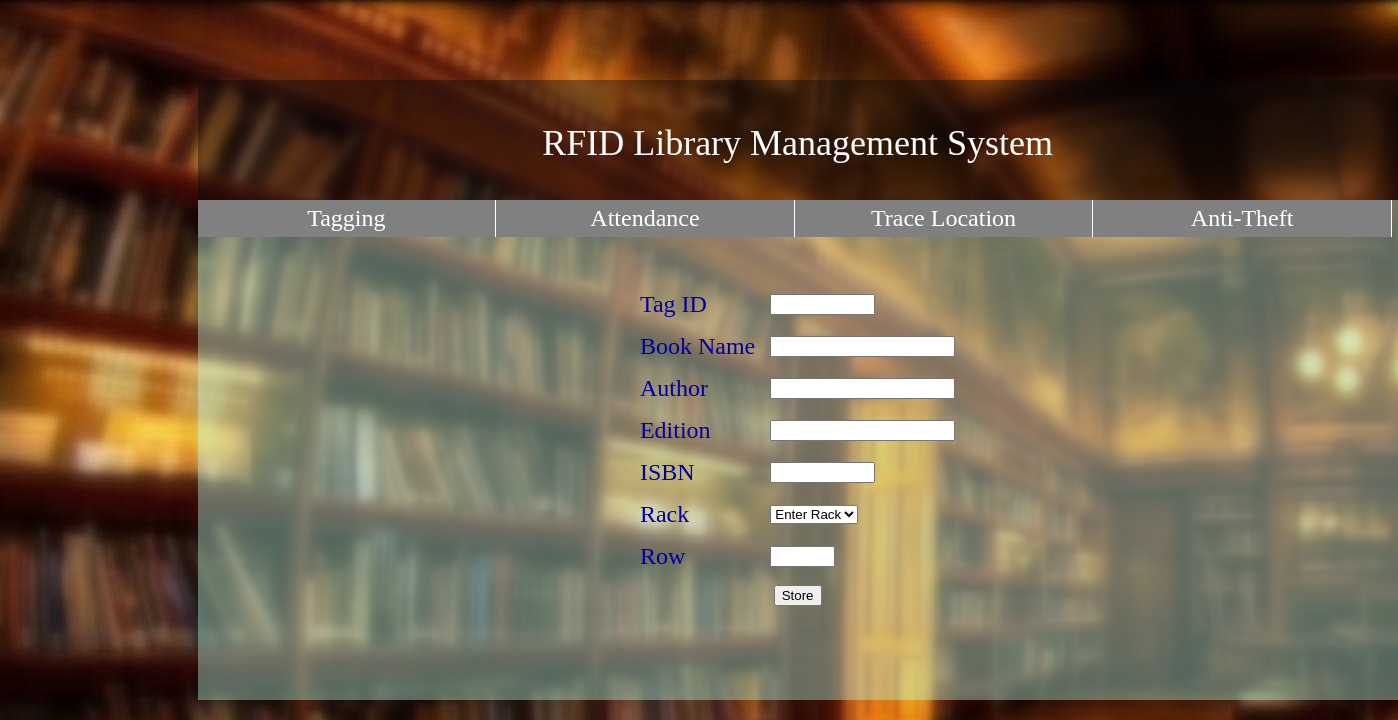
Repository: vigineshs/A-Smart-Data-Analyzer-for-Library-Management-System
Page: http://localhost/librarymgmt/tag.jsp
The author's editor kept a copy of each file at every save. The page is drawn from the files as they stood at one save, then again after the next save.
The browser window is 1280 px wide. The page is 1398 px wide, so the pictures cover 1398 px, including what lies to the right of the window. The pictures show the whole page.
The page is served by Tomcat 9. Other server files are loaded and not shown.

Above is the page before, as saved 2013-02-11 16:05:29.

### PassiveRFID/CS203-Version 1.0.6/Demo Applications/Dot Net C#/Demo Applications Source Code/RFID/librarymgmt/WebContent/tag.jsp
<%@ page language="java" contentType="text/html; charset=ISO-8859-1"
    pageEncoding="ISO-8859-1"%>
<!DOCTYPE html PUBLIC "-//W3C//DTD HTML 4.01 Transitional//EN" "http://www.w3.org/TR/html4/loose.dtd">
<html>
<head>
<title>RFID | Library Management System</title>
<link rel="stylesheet" type="text/css" href="page.css ">
<script>
function validateForm()
{
var x=document.forms["f1"]["btag"].value;
if (x==null || x=="")
  {
  alert("TagID must be filled");
  return false;
  }
  var x=document.forms["f1"]["bname"].value;
if (x==null || x=="")
  {
  alert("Book Name must be filled");
  return false;
  }
 var x=document.forms["f1"]["bauthor"].value;
if (x==null || x=="")
  {
  alert("Author must be filled");
  return false;
  }
  var x=document.forms["f1"]["bedition"].value;
if (x==null || x=="")
  {
  alert("Edition must be filled");
  return false;
  }
  var x=document.forms["f1"]["bisbn"].value;
if (x==null || x=="")
  {
  alert("ISBN must be filled");
  return false;
  }
  var x=document.forms["f1"]["brack"].value;
if (x==null || x=="")
  {
  alert("Rack must be filled");
  return false;
  }
  var x=document.forms["f1"]["brow"].value;
if (x==null || x=="")
  {
  alert("Row must be filled");
  return false;
  }
}
</script>
</head>
<body>
<div class="center">
<div id="container">
<div id="header"><br/>
RFID Library Management System
</div>
<div id="content">
<ul>
<li><a href="tag.jsp">Tagging</a></li>
<li><a href="attend.jsp">Attendance</a></li>
<li><a href="locate.jsp">Trace Location</a></li>
<li><a href="#">Anti-Theft</a></li>
</ul>
<br/><br/>
	<center>
	<form method=POST action="http://localhost:8080/librarymgmt/Tagg" onsubmit="return validateForm()" name=f1 ><br/>
<table cellpadding="5" cellspacing="5">
<tr><td>Tag ID</td><td><input type=text size=10 name="btag" /></td></tr>
<tr><td>Book Name</td><td><input type=text size=20 name="bname" /></td></tr>
<tr><td>Author</td><td><input type=text size=20 name="bauthor" /></td></tr>
<tr><td>Edition</td><td><input type=text size=20 name="bedition" /></td></tr>
<tr><td>ISBN</td><td><input type=text size=10 name="bisbn" /></td></tr>
<tr><td>Rack</td><td><select name="brack">
  <option value="">Enter Rack</option>
  <option value="IT">IT</option>
  <option value="CSE">CSE</option>
  <option value="ECE">ECE</option>
    <option value="EEE">EEE</option>
  <option value="EIE">EIE</option>
  <option value="CIVIL">CIVIL</option>
  <option value="MBA">MBA</option>
  <option value="MCA">MCA</option>
</select></td></tr>
<tr><td>Row</td><td><input type=text size=5 name="brow" /></td></tr>
<tr  ><td colspan="2"><center><input type=submit value=Store /></center></td></tr>
</table>
</form>
</center>
</div></div>
</div>
</body>
</html>

### PassiveRFID/CS203-Version 1.0.6/Demo Applications/Dot Net C#/Demo Applications Source Code/RFID/librarymgmt/WebContent/page.css
#container
{


width:1200px;
height:500px;
margin:0px;

}

ul
{

width:100%;
padding:0;
margin:0;
list-style-type:none;
}

ul a
{
float:left;
width:10.6em;
text-decoration:none;
text-align:center;
color:white;
background-color:grey;
padding:0.2em 0.9em;
border-right:1px solid white;
}

a
{
float:left;
width:8em;
text-decoration:none;
text-align:center;
color:white;
background-color:#58ACFA;
padding:0.2em 0.9em;
border-right:1px solid white;
}

a:hover {background-color:white;
color:black;}

li {display:inline;}


.center
{
margin-left:auto;
margin-right:auto;
width:70%;
}

body
{
background-image:url('images/lib.jpg');
color:#0000A0;
}

#header
{
background-image:url('images/header.png');
font-family:Monotype Corsiva;
font-size:36px;
color:white;
height:120px;
text-align:center;
float:center;
margin-top:80px;
}

#content
{
background-image:url('images/content.png');
width:1200px;
height:500px;
margin-left:0px;
overflow:hidden;
font-size:24px;
float:center;
}

#lcon
{
width:300px;
height:100%
overflow:hidden;
}

#rcon
{
width:700px;
height:100%
overflow:hidden;
margin-left:300px;
}

After the next save:
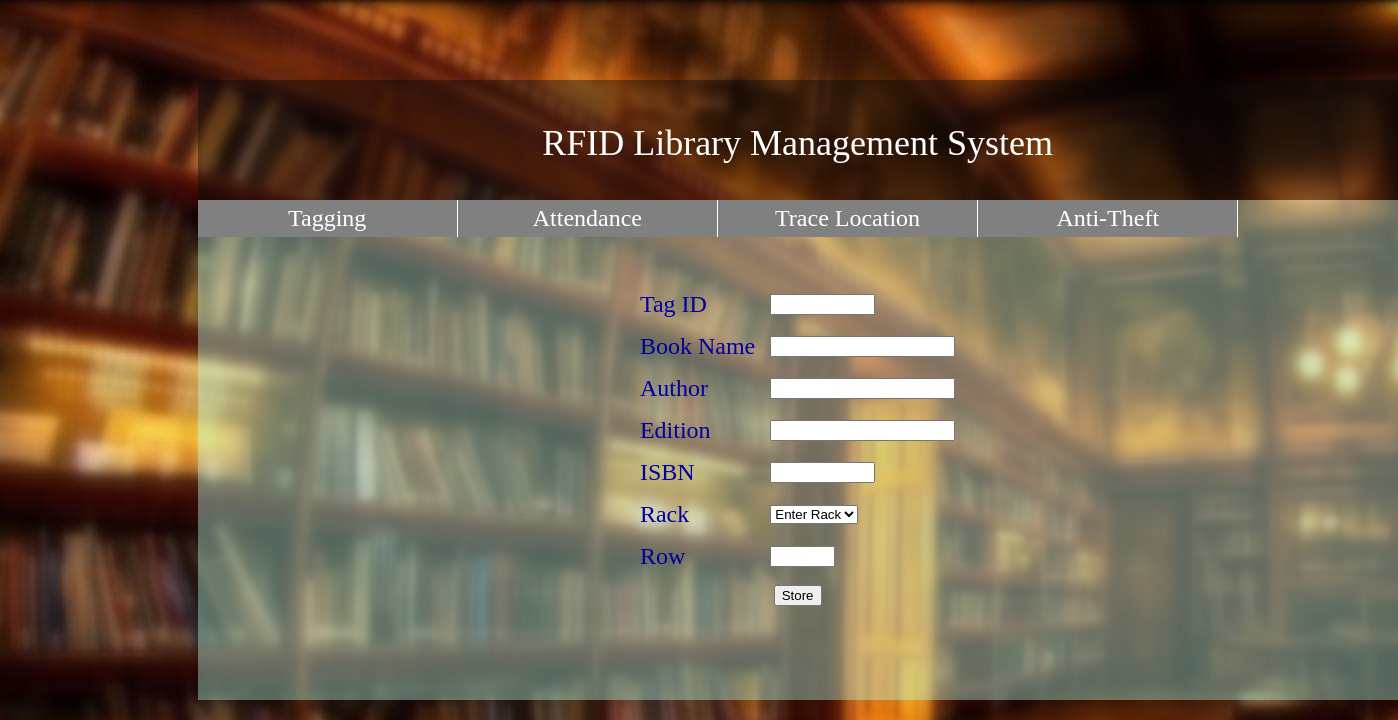
Saved 47 s later.
--- a/PassiveRFID/CS203-Version 1.0.6/Demo Applications/Dot Net C#/Demo Applications Source Code/RFID/librarymgmt/WebContent/page.css
+++ b/PassiveRFID/CS203-Version 1.0.6/Demo Applications/Dot Net C#/Demo Applications Source Code/RFID/librarymgmt/WebContent/page.css
@@ -20,7 +20,7 @@ list-style-type:none;
 ul a
 {
 float:left;
-width:10.6em;
+width:9em;
 text-decoration:none;
 text-align:center;
 color:white;
